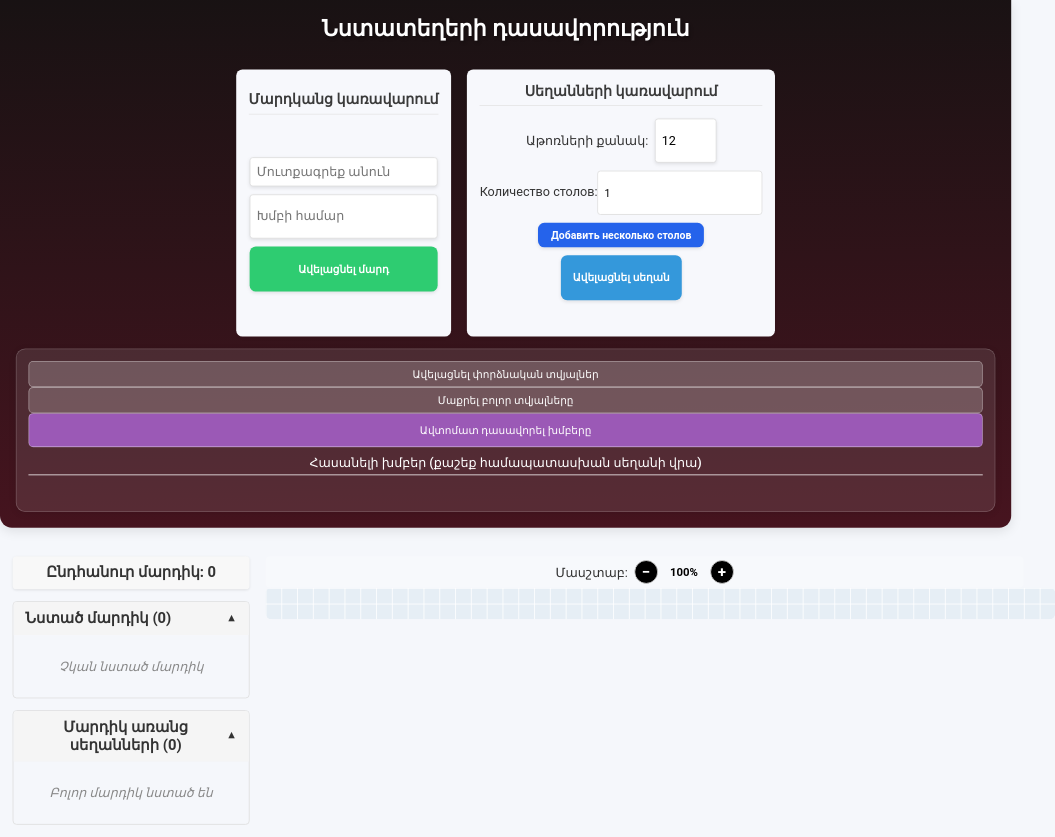
Repository: Vahan-23/Table-V2
Page: /
The author's editor kept a copy of each file at every save. The page is drawn from the files as they stood at one save, then again after the next save.
The browser window is 1280 px wide. The page is 1336 px wide, so the pictures cover 1336 px, including what lies to the right of the window. The pictures show the whole page, at 79% of full size.
The project was rebuilt for these pictures with package versions that can differ from the ones it lists, and the page was loaded fresh each time.

Above is the page before, as saved 2025-03-03 12:28:53.

### src/component/App.css
/* Modern styles for the Seating Arrangement app */

* {
  margin: 0;
  padding: 0;
  font-family: 'Roboto', 'Segoe UI', Arial, sans-serif;
}

body {
  background-color: #f5f7fb;
  color: #333;
}

.app-container {
  display: flex;
  flex-direction: column;
  min-height: 100vh;
}

/* Header Styles */
.app-header {
  background: linear-gradient(179deg, #181213 0%, rgb(71 20 31) 100%);
  padding: 20px;
  border-radius: 0 0 15px 15px;
  box-shadow: 0 4px 15px rgba(0, 0, 0, 0.1);
  margin-bottom: 20px;
}

.header-content {
  display: flex;
  justify-content: space-between;
  align-items: center;
  max-width: 1600px;
  margin: 0 auto;
  width: 100%;
  flex-direction: column;
}

.logo {
  color: white;
  font-size: 28px;
  font-weight: bold;
  text-shadow: 2px 2px 4px rgba(0, 0, 0, 0.3);
  margin-bottom: 15px;
}

.header-controls {
  background: rgba(255, 255, 255, 0.15);
  backdrop-filter: blur(10px);
  padding: 15px;
  border-radius: 12px;
  box-shadow: inset 0 1px 1px rgba(255, 255, 255, 0.1), 0 1px 2px rgba(0, 0, 0, 0.1);
  display: flex;
  width: 80%;
}

.control-group {
  display: flex;
  flex-wrap: wrap;
  gap: 1rem;
  width: 100%;
}

.input-group {
  display: flex;
  gap: 10px;
  margin-bottom: 15px;
  align-items: center;
  justify-content: center;
}

.input-field {
  flex: 1;
  padding: 10px 15px;
  border-radius: 8px;
  border: none;
  font-size: 16px;
  box-shadow: 0 2px 5px rgba(0, 0, 0, 0.1);
}

.input-group input,
.table-controls input {
  height: 38px;
  padding: 0.5rem;
  border: 1px solid #ddd;
  border-radius: 4px;
  outline: none;
  transition: border-color 0.2s;
}

.input-group input:focus,
.table-controls input:focus {
  border-color: #2563eb;
}

.group-input-container {
  position: relative;
  flex: 1;
}

.group-dropdown {
  position: absolute;
  top: 100%;
  left: 0;
  width: 100%;
  max-height: 200px;
  overflow-y: auto;
  z-index: 10;
  background-color: white;
  border: none;
  border-radius: 8px;
  box-shadow: 0 4px 12px rgba(0, 0, 0, 0.15);
  margin-top: 5px;
}

.dropdown-item {
  padding: 10px 15px;
  cursor: pointer;
  border-bottom: 1px solid #eee;
  transition: background-color 0.2s;
}

.dropdown-item:hover {
  background-color: #f5f5f5;
}

.dropdown-item-new {
  padding: 10px 15px;
  cursor: pointer;
  background-color: #f0f0f0;
  font-style: italic;
  border-radius: 0 0 8px 8px;
  z-index: 2;
}

.dropdown-empty {
  padding: 10px 15px;
  color: #666;
}

button {
  cursor: pointer;
  border: none;
  border-radius: 4px;
  padding: 0.5rem 1rem;
  font-weight: 500;
  transition: all 0.2s;
}

.primary-btn {
  background-color: #2563eb;
  color: white;
  border: none;
  border-radius: 8px;
  font-weight: bold;
  cursor: pointer;
  box-shadow: 0 2px 5px rgba(0, 0, 0, 0.1);
  transition: transform 0.2s, background-color 0.2s;
}

.primary-btn:hover {
  background-color: #1d4ed8;
}

.add-person-btn {
  /* margin-left: 30px; */
  padding: 21px 20px;
  background-color: #2ecc71;
  color: white;
}

.add-person-btn:hover {
  background-color: #27ae60;
  transform: translateY(-2px);
}

.secondary-btn {
  padding: 8px 15px;
  background-color: rgba(255, 255, 255, 0.2);
  color: white;
  border: 1px solid rgba(255, 255, 255, 0.4);
  border-radius: 6px;
  cursor: pointer;
  transition: background-color 0.2s;
}

.secondary-btn:hover {
  background-color: rgba(255, 255, 255, 0.3);
}

.table-controls {
  display: flex;
  align-items: center;
  gap: 10px;
  margin-bottom: 15px;
  flex-direction: column;
}

.chair-count-input {
  width: 120px;
  padding: 10px 15px;
  border-radius: 8px;
  border: none;
  font-size: 16px;
  box-shadow: 0 2px 5px rgba(0, 0, 0, 0.1);
}

.add-table-btn {
  flex: 1;
  padding: 21px 15px;
  background-color: #3498db;
  color: white;
}

.add-table-btn:hover {
  background-color: #2980b9;
  transform: translateY(-2px);
}

.create-all-tables-btn {
  flex: 2;
  padding: 13px 15px;
  background-color: #9b59b6;
  color: white;
}

.create-all-tables-btn:hover {
  background-color: #8e44ad;
  transform: translateY(-2px);
}

/* Bottom controls section */
.bottom-controls {
  display: flex;
  justify-content: space-between;
  align-items: center;
}

/* Save controls */
.save-controls {
  display: flex;
  align-items: center;
  gap: 0.5rem;
}

/* Zoom controls */
.zoom-controls {
  display: flex;
  align-items: center;
  gap: 8px;
  background-color: rgba(255, 255, 255, 0.2);
  padding: 5px 10px;
  border-radius: 6px;
  justify-content: center;
}

.zoom-btn {
  width: 30px;
  height: 30px;
  border-radius: 50%;
  border: none;
  background-color: rgba(255, 255, 255, 0.3);
  color: white;
  font-size: 18px;
  font-weight: bold;
  cursor: pointer;
  display: flex;
  justify-content: center;
  align-items: center;
}

.zoom-controls button {
  width: 30px;
  height: 30px;
  display: flex;
  align-items: center;
  justify-content: center;
  background-color: #000000;
  border-radius: 50%;
  font-size: 1.2rem;
  padding: 0;
}

.zoom-controls span {
  font-size: 0.9rem;
  min-width: 50px;
  text-align: center;
}

.zoom-percentage {
  color: rgb(0, 0, 0);
  font-weight: bold;
}

/* Groups Container */
.groups-container {
  background-color: rgba(255, 255, 255, 0.1);
  border-radius: 12px;
  padding: 15px;
  margin-top: 15px;
  box-shadow: 0 2px 10px rgba(0, 0, 0, 0.1);
  border: 1px solid rgba(255, 255, 255, 0.2);
}

.groups-header {
  display: flex;
  flex-direction: column;
  gap: 10px;
}

.groups-header h3 {
  color: #ffffff;
  font-size: 1rem;
  font-weight: 500;
}

.groups-title {
  margin: 0 0 10px 0;
  font-size: 20px;
  color: white;
  font-weight: 600;
  border-bottom: 2px solid rgba(255, 255, 255, 0.5);
  padding-bottom: 5px;
  display: inline-block;
}

.groups-wrapper {
  display: flex;
  flex-wrap: nowrap;
  gap: 12px;
  overflow-x: auto;
  padding: 5px 0;
  max-height: 100px;
  max-width: 100%;
  scrollbar-width: thin;
  scrollbar-color: rgba(255, 255, 255, 0.5) transparent;
}

.groups-wrapper::-webkit-scrollbar {
  height: 6px;
  width: 6px;
}

.groups-wrapper::-webkit-scrollbar-track {
  background: #f1f1f1;
  border-radius: 10px;
}

.groups-wrapper::-webkit-scrollbar-thumb {
  background: #3498db;
  border-radius: 10px;
}

.groups-wrapper::-webkit-scrollbar-thumb:hover {
  background: #2980b9;
}

/* Main Content */
.main-content {
  display: flex;
  flex: 1;
  padding: 1rem;
  gap: 20px;
  max-width: 1600px;
  margin: 0 auto;
  width: 100%;
}

/* Sidebar */
.sidebar {
  width: 300px;
  flex-shrink: 0;
}

.unseated-people-list,
.people-list {
  background-color: white;
  border-radius: 8px;
  padding: 15px;
  margin-top: 20px;
  box-shadow: 0 2px 8px rgba(0, 0, 0, 0.1);
  margin-bottom: 1.5rem;
}

.unseated-people-list h3,
.people-list h3 {
  margin-top: 0;
  margin-bottom: 15px;
  color: #333;
  font-size: 18px;
  font-weight: 600;
  border-bottom: 1px solid #e5e7eb;
  padding-bottom: 0.5rem;
}

.unseated-people-grid,
.people-grid {
  display: grid;
  grid-template-columns: repeat(auto-fill, minmax(120px, 1fr));
  gap: 10px;
}

.unseated-person-card,
.person-card {
  position: relative;
  background-color: #f9f9f9;
  border-radius: 6px;
  padding: 10px;
  box-shadow: 0 1px 3px rgba(0, 0, 0, 0.1);
  font-size: 0.9rem;
  display: flex;
  justify-content: space-between;
  align-items: center;
}

.person-card {
  flex-direction: column;
  align-items: flex-start;
  gap: 0.25rem;
}

.person-name {
  display: block;
  font-weight: bold;
  font-size: 14px;
  margin-bottom: 4px;
}

.person-group {
  display: block;
  font-size: 12px;
  color: #666;
}

.group-tag {
  background-color: #e0e7ff;
  color: #4f46e5;
  border-radius: 4px;
  padding: 0.15rem 0.4rem;
  font-size: 0.75rem;
  font-weight: 500;
}

.delete-btn {
  position: absolute;
  top: 5px;
  right: 5px;
  width: 20px;
  height: 20px;
  border-radius: 50%;
  background-color: #e74c3c;
  color: white;
  border: none;
  display: flex;
  align-items: center;
  justify-content: center;
  font-size: 10px;
  cursor: pointer;
  opacity: 0.7;
  transition: opacity 0.2s;
}

.delete-btn:hover {
  background-color: #fee2e2;
  opacity: 1;
}

/* Tables Area */
.tables-area {
  background-image: linear-gradient(rgba(255, 255, 255, 0.8) 1px, transparent 1px),
    linear-gradient(90deg, rgba(255, 255, 255, 0.8) 1px, transparent 1px);
  background-size: 20px 20px;
  background-color: #e6eef5;
  flex: 1;
  min-height: 600px;
  border-radius: 8px;
  padding: 20px;
  position: relative;
  transform-origin: top left;
  display: flex;
  flex-wrap: wrap;
  gap: 2rem;
  align-content: flex-start;
  min-height: 70vh;
}

/* Table Styles */
.table-container {
  background-color: white;
  border-radius: 10px;
  box-shadow: 0 4px 12px rgba(0, 0, 0, 0.08);
  padding: 1rem;
  width: fit-content;
  margin-bottom: 20px;
  flex-shrink: 0;
}

.table-header {
  display: flex;
  justify-content: space-between;
  align-items: center;
  margin-bottom: 1rem;
}

.table-header h3 {
  font-size: 1rem;
  font-weight: 600;
  color: #374151;
}

.delete-table-btn {
  background-color: #fee2e2;
  color: #ef4444;
  font-size: 0.8rem;
  padding: 0.25rem 0.5rem;
}

.delete-table-btn:hover {
  background-color: #fecaca;
}

.table {
  margin: 20px;
  width: 200px;
  height: 200px;
  border: 50px solid #e7d8c7;
  border-radius: 50%;
  display: flex;
  justify-content: center;
  align-items: center;
  background-image: url('../../public/table.jpg');
  background-size: cover;
}

.table-top {
  position: relative;
  top: -15%;
  left: -15%;
}

.chair {
  position: absolute;
  width: 60px;
  height: 60px;
  background-size: cover;
  background-position: center;
  background-repeat: no-repeat;
  color: white;
  display: flex;
  justify-content: center;
  align-items: center;
  border-radius: 50%;
  font-size: 12px;
  text-align: center;
  cursor: pointer;
  transition: transform 0.2s ease, opacity 0.2s ease;
}

.chair:hover {
  transform: scale(1.1);
  opacity: 0.7;
}

/* New Table Dropzone */
.new-table-dropzone {
  width: 300px;
  height: 200px;
  border: 2px dashed #3498db;
  border-radius: 8px;
  display: flex;
  align-items: center;
  justify-content: center;
  background-color: rgba(52, 152, 219, 0.05);
  transition: all 0.3s;
  margin-bottom: 20px;
}

.new-table-dropzone.hovered {
  background-color: rgba(52, 152, 219, 0.47);
  border-color: #4f46e5;
}

.dropzone-content {
  display: flex;
  flex-direction: column;
  align-items: center;
  justify-content: center;
  text-align: center;
  padding: 20px;
  gap: 1rem;
}

.dropzone-icon {
  font-size: 32px;
  color: #3498db;
  margin-bottom: 10px;
}

.dropzone-text {
  font-size: 16px;
  font-weight: bold;
  color: #333;
}

/* Popup styles */
.popup-overlay {
  position: fixed;
  top: 0;
  left: 0;
  right: 0;
  bottom: 0;
  background-color: rgba(0, 0, 0, 0.5);
  display: flex;
  align-items: center;
  justify-content: center;
  z-index: 1000;
}

.popup {
  background-color: white;
  border-radius: 10px;
  padding: 1.5rem;
  min-width: 300px;
  max-width: 400px;
  max-height: 80vh;
  overflow-y: auto;
  box-shadow: 0 10px 25px rgba(0, 0, 0, 0.2);
}

.popup h3 {
  margin-bottom: 1rem;
  color: #374151;
}

.person-selection-list {
  list-style: none;
  margin-bottom: 1rem;
}

.person-selection-list li {
  padding: 0.75rem;
  border-radius: 6px;
  cursor: pointer;
  transition: background-color 0.2s;
}

.person-selection-list li:hover {
  background-color: #f3f4f6;
}

.close-btn {
  background-color: #e5e7eb;
  color: #4b5563;
  width: 100%;
  padding: 0.75rem;
  border-radius: 6px;
  margin-top: 1rem;
}

.close-btn:hover {
  background-color: #d1d5db;
}

/* Fullscreen popup styles */
.fullscreen-popup {
  position: fixed;
  top: 0;
  left: 0;
  width: 100%;
  height: 100%;
  background-color: rgba(0, 0, 0, 0.7);
  z-index: 1000;
  display: flex;
  justify-content: center;
  align-items: center;
}

.fullscreen-popup-overlay {
  position: absolute;
  top: 0;
  left: 0;
  width: 100%;
  height: 100%;
  background-color: rgba(0, 0, 0, 0.7);
  display: flex;
  justify-content: center;
  align-items: center;
}

.fullscreen-popup-content {
  background-color: white;
  border-radius: 8px;
  padding: 20px;
  max-width: 600px;
  width: 90%;
  max-height: 80vh;
  overflow-y: auto;
  box-shadow: 0 10px 25px rgba(0, 0, 0, 0.2);
}

.fullscreen-popup-content h3 {
  margin-top: 0;
  margin-bottom: 20px;
  text-align: center;
  font-size: 18px;
  color: #333;
}

.person-selection-grid {
  display: grid;
  grid-template-columns: repeat(auto-fill, minmax(180px, 1fr));
  gap: 15px;
  margin-bottom: 20px;
  max-height: 60vh;
  overflow-y: auto;
  padding: 10px;
  margin-top: 20px;
}

.person-selection-item {
  background-color: #f9f9f9;
  border: 1px solid #ddd;
  border-radius: 6px;
  padding: 12px;
  cursor: pointer;
  transition: all 0.2s ease;
  display: flex;
  flex-direction: column;
}

.person-selection-item:hover {
  background-color: #e8f4fd;
  transform: translateY(-2px);
  box-shadow: 0 4px 8px rgba(0, 0, 0, 0.1);
}

.person-selection-name {
  display: block;
  font-weight: bold;
  margin-bottom: 4px;
}

.person-selection-group {
  display: block;
  font-size: 12px;
  color: #666;
}

.no-people-message {
  text-align: center;
  padding: 20px;
  color: #666;
  grid-column: 1 / -1;
}

.close-popup-btn {
  display: block;
  margin: 0 auto;
  background-color: #3498db;
  color: white;
  border: none;
  border-radius: 4px;
  padding: 10px 20px;
  font-size: 16px;
  cursor: pointer;
  transition: background-color 0.2s ease;
}

.close-popup-btn:hover {
  background-color: #2980b9;
}

/* Remove person popup */
.remove-person-popup {
  text-align: center;
}

.popup-title {
  text-align: center;
  margin-bottom: 20px;
}

.person-info-card {
  background-color: #f9f9f9;
  padding: 15px;
  border-radius: 8px;
  margin-bottom: 20px;
  box-shadow: 0 2px 4px rgba(0, 0, 0, 0.1);
}

.person-info-name {
  text-align: center;
  font-size: 18px;
  margin: 0 0 10px 0;
  font-weight: bold;
}

.person-info-group {
  text-align: center;
  margin: 0;
  color: #666;
}

.confirmation-text {
  text-align: center;
  margin-bottom: 20px;
  color: #555;
}

.popup-buttons {
  display: flex;
  justify-content: center;
  gap: 15px;
}

.remove-btn {
  padding: 10px 20px;
  background-color: #e74c3c;
  color: white;
  border: none;
  border-radius: 4px;
  cursor: pointer;
  font-weight: bold;
}

.cancel-btn {
  padding: 10px 20px;
  background-color: #7f8c8d;
  color: white;
  border: none;
  border-radius: 4px;
  cursor: pointer;
}

/* Group card styles */
.group-card {
  flex: 0 0 auto;
  min-width: 100px;
  background-color: white;
  border-radius: 6px;
  padding: 8px 12px;
  box-shadow: 0 1px 3px rgba(0, 0, 0, 0.1);
  cursor: grab;
  transition: transform 0.2s, box-shadow 0.2s;
  border-left: 4px solid #3498db;
}

.group-card:hover {
  transform: translateY(-2px);
  box-shadow: 0 3px 6px rgba(0, 0, 0, 0.15);
}

.group-card.dragging {
  opacity: 0.5;
}

.group-name {
  font-weight: 600;
  font-size: 0.9rem;
  color: #2563eb;
  margin-bottom: 5px;
}

.group-count {
  font-size: 0.8rem;
  color: #6b7280;
  margin-top: 0.25rem;
}

/* Responsive adjustments */
@media (max-width: 992px) {
  .header-content {
    flex-direction: column;
    align-items: flex-start;
    gap: 1rem;
  }

  .header-controls {
    width: 100%;
  }

  .main-content {
    flex-direction: column;
  }

  .sidebar {
    width: 100%;
  }
}


.people-section {
  display: flex;
  flex-direction: column;
  gap: 15px;
}

.total-people-counter {
  background-color: #f8f8f8;
  padding: 10px;
  border-radius: 5px;
  text-align: center;
  box-shadow: 0 1px 3px rgba(0, 0, 0, 0.1);
}

.people-box {
  border: 1px solid #ddd;
  border-radius: 5px;
  overflow: hidden;
}

.people-header {
  display: flex;
  align-items: center;
  justify-content: space-between;
  padding: 10px 15px;
  background-color: #f5f5f5;
  cursor: pointer;
}

.people-header:hover {
  background-color: #e9e9e9;
}

.expand-arrow {
  font-size: 14px;
  transition: transform 0.3s ease;
}

.expand-arrow.expanded {
  transform: rotate(180deg);
}

.people-grid-container {
  max-height: 700px;
  overflow-y: auto;
}

.people-grid {
  display: grid;
  grid-template-columns: repeat(auto-fill, minmax(200px, 1fr));
  gap: 10px;
  padding: 10px;
}

.person-card {
  position: relative;
  padding: 10px;
  border-radius: 4px;
  box-shadow: 0 1px 3px rgba(0, 0, 0, 0.1);
  display: flex;
  flex-direction: column;
}

.person-card.seated {
  background-color: rgba(144, 238, 144, 0.2);
  border-left: 3px solid #4CAF50;
}

.person-card.unseated {
  background-color: rgba(255, 235, 205, 0.2);
  border-left: 3px solid #FFA500;
}

.person-name {
  font-weight: bold;
  margin-bottom: 4px;
}

.person-group {
  font-size: 12px;
  color: #666;
}

.delete-btn {
  position: absolute;
  top: 5px;
  right: 5px;
  width: 20px;
  height: 20px;
  border-radius: 50%;
  background-color: #ff6b6b;
  color: white;
  border: none;
  display: flex;
  align-items: center;
  justify-content: center;
  cursor: pointer;
  font-size: 10px;
}

.delete-btn:hover {
  background-color: #ff5252;
}

.empty-message {
  grid-column: 1 / -1;
  padding: 20px;
  text-align: center;
  color: #888;
  font-style: italic;
}

/* Scrollbar styling */
.people-grid-container::-webkit-scrollbar {
  width: 8px;
}

.people-grid-container::-webkit-scrollbar-track {
  background: #f1f1f1;
  border-radius: 4px;
}

.people-grid-container::-webkit-scrollbar-thumb {
  background: #888;
  border-radius: 4px;
}

.people-grid-container::-webkit-scrollbar-thumb:hover {
  background: #555;
}

/* Split header sections styling */
.header-sections {
  display: flex;
  width: 100%;
  gap: 20px;
  margin-top: 20px;
  justify-content: center;
}

.header-section {
  display: flex;
  height: auto;
  background-color: #f7f8fc;
  border-radius: 8px;
  padding: 16px;
  box-shadow: 0 2px 5px rgba(0, 0, 0, 0.05);
  flex-direction: column;
  justify-content: space-around;
}

.section-main-title {
  color: #3a3a3a;
  margin-top: 0;
  margin-bottom: 16px;
  padding-bottom: 8px;
  border-bottom: 1px solid #e5e5e5;
  font-size: 18px;
}

/* People section specific */
.people-section .input-row {
  display: flex;
  gap: 10px;
  margin-bottom: 15px;
  flex-direction: column;
}

.people-section .data-management {
  margin-top: 20px;
}

/* Table section specific */
.tables-section .table-controls-row {
  display: flex;
  align-items: center;
  gap: 10px;
  margin-bottom: 15px;
  flex-direction: column;

}

.tables-section .chair-count-container {
  display: flex;
  align-items: center;
  gap: 8px;
}

.tables-section .chair-count-input {
  width: 60px;
}

.tables-section .zoom-controls {
  display: flex;
  align-items: center;
  margin-top: 20px;
  gap: 10px;
}

.zoom-buttons {
  display: flex;
  align-items: center;
}

.zoom-btn {
  width: 30px;
  height: 30px;
  display: flex;
  align-items: center;
  justify-content: center;
  border-radius: 4px;
  background-color: #f0f0f0;
  border: 1px solid #ddd;
  cursor: pointer;
}

.zoom-percentage {
  margin: 0 8px;
  min-width: 50px;
  text-align: center;
}

.data-buttons {
  display: flex;
  flex-direction: column;
  align-items: stretch;
}

Loaded but not shown: public/index.html (common file); src/index.js (common file); src/index.css (common file); src/reportWebVitals.js (common file); src/App.css (common file); src/App.js (12 lines, source omitted); src/component/SeatingArrangement.jsx (1081 lines, source omitted)

After the next save:
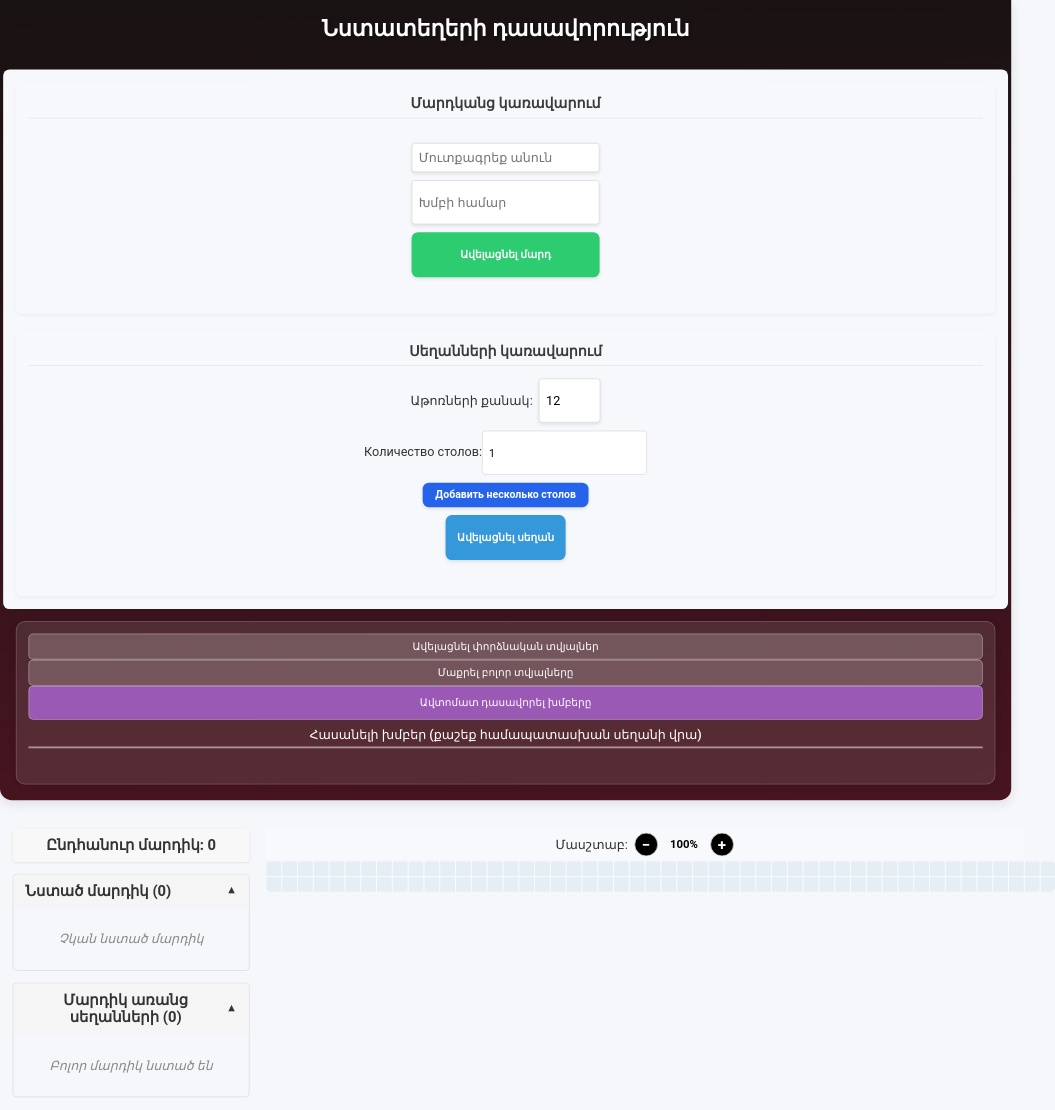
Saved 27 s later.
--- a/src/component/App.css
+++ b/src/component/App.css
@@ -1023,10 +1023,17 @@ button {
 /* Split header sections styling */
 .header-sections {
   display: flex;
+  height: auto;
+  background-color: #f7f8fc;
+  border-radius: 8px;
+  padding: 16px;
+  box-shadow: 0 2px 5px rgba(0, 0, 0, 0.05);
   width: 100%;
   gap: 20px;
   margin-top: 20px;
   justify-content: center;
+  flex-direction: column;
+  justify-content: space-around;
 }
 
 .header-section {
